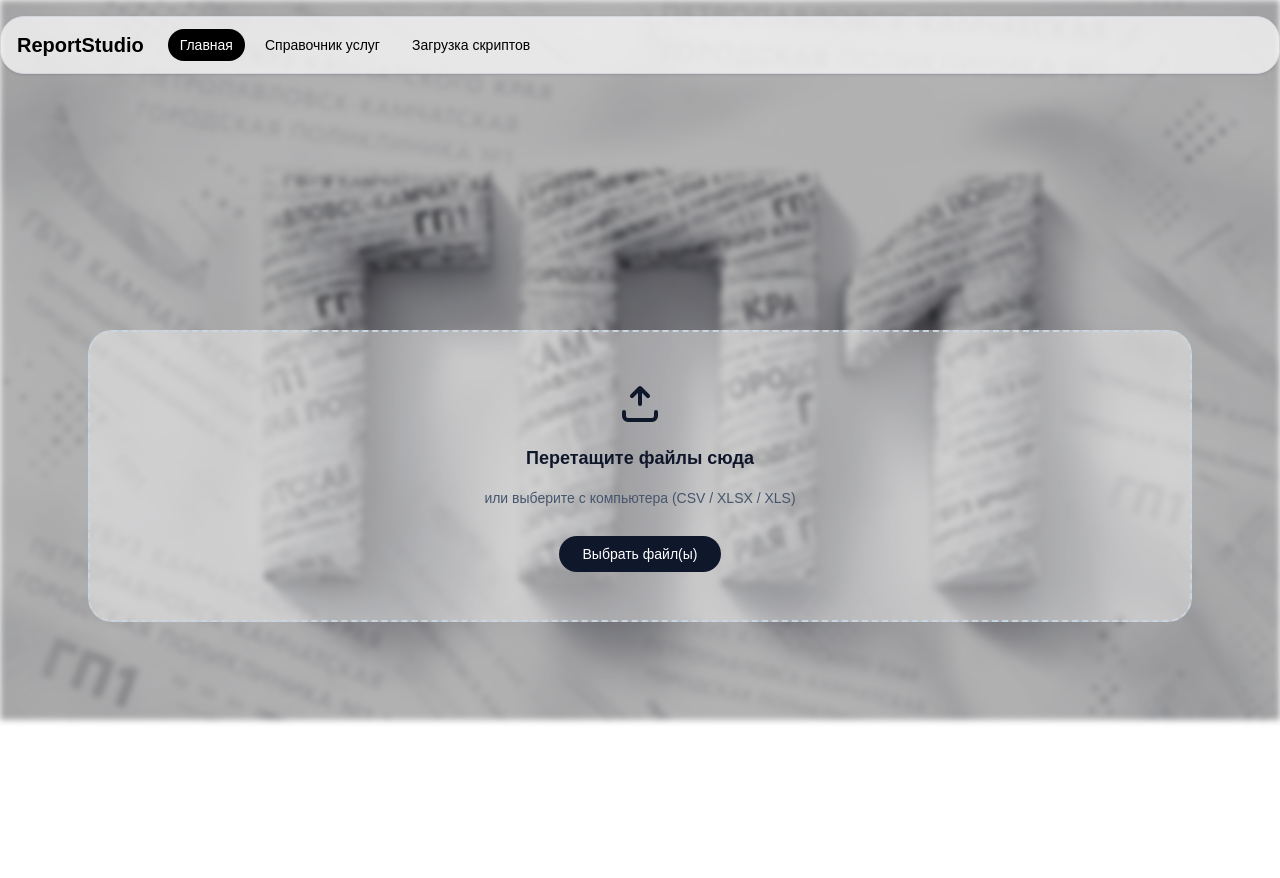
Repository: vladzap2423/report_studio_v2
Page: /
The author's editor kept a copy of each file at every save. The page is drawn from the files as they stood at one save, then again after the next save.
The browser window is 1280 px wide. The pictures show the whole page.
The project was rebuilt for these pictures with package versions that can differ from the ones it lists, and the page was loaded fresh each time. The framework's server and built-in components were replaced by stand-ins that run in the browser. Also part of the build but not shown: next.config.ts, src/app/components/ScriptsList.tsx.

Above is the page before, as saved 2026-03-17 15:46:16.

### src/app/layout.tsx
import type { Metadata } from "next";
import { Geist, Geist_Mono } from "next/font/google";
import "./globals.css";
import Header from "./components/Header";

const geistSans = Geist({
  variable: "--font-geist-sans",
  subsets: ["latin"],
});

const geistMono = Geist_Mono({
  variable: "--font-geist-mono",
  subsets: ["latin"],
});

export const metadata: Metadata = {
  title: "Create Next App",
  description: "Generated by create next app",
};

export default function RootLayout({
  children,
}: Readonly<{
  children: React.ReactNode;
}>) {
  return (
    <html lang="en">
      <body
        className={`${geistSans.variable} ${geistMono.variable} antialiased`}
      >
        <Header

          title="ReportStudio"
          links={[
            { label: "Главная", href: "/" },
            { label: "Справочник услуг", href: "/services" },
            { label:"Загрузка скриптов", href: "/load"}
          ]}
        />
        {children}
      </body>
    </html>
  );
}

### src/app/page.tsx
"use client";
import { useState } from "react";
import DropZone from "./components/DropZone";
import ScriptsList from "./components/ScriptsList";

export default function HomePage() {
  const [files, setFiles] = useState<File[]>([]);
  const [showDrop, setShowDrop] = useState(true);

  const handleFilesPicked = (picked: File[]) => {
    setFiles(picked);
    setShowDrop(false);
  };

  const resetFiles = () => {
    setFiles([]);
    setShowDrop(true);
  };

  return (
    <main className="min-h-screen relative">
      <div className="mx-auto max-w-6xl px-6 py-14">
        {showDrop ? (
          <DropZone onFilesPicked={handleFilesPicked} />
        ) : (
          <>
            <button onClick={resetFiles} className="mb-6 rounded-2xl bg-slate-900 px-5 py-3 text-white">
              Загрузить новый файл
            </button>
            <ScriptsList files={files} />
          </>
        )}
      </div>
    </main>
  );
}

### src/app/globals.css
@import "tailwindcss";

:root {
  --background: #ffffff;
  --foreground: #171717;
  color-scheme: light;
}

@theme inline {
  --color-background: var(--background);
  --color-foreground: var(--foreground);
  --font-sans: var(--font-geist-sans);
  --font-mono: var(--font-geist-mono);
}

body {
  background: var(--background);
  color: var(--foreground);
  font-family: Arial, Helvetica, sans-serif;
  position: relative; /* важно для ::before */
  min-height: 100vh;
}

body::before {
  content: "";
  position: fixed;
  top: 0;
  left: 0;
  width: 100%;
  height: 100%;
  background-image: url("/fon.png");
  background-size: cover;
  background-position: center;
  background-repeat: no-repeat;
  filter: blur(3px) brightness(0.7);
  z-index: -1; /* чтобы контент был поверх фона */
}

### src/app/components/Header.tsx
"use client";

import React from "react";
import Link from "next/link";
import { usePathname } from "next/navigation";

type HeaderProps = {
  title?: string;
  links?: { label: string; href: string }[];
};

const Header: React.FC<HeaderProps> = ({ title = "ReportStudio", links = [] }) => {
  const pathname = usePathname();

  return (
    <header className="w-full flex justify-center mt-4">
      <div className="w-full max-w-7xl px-4 py-3 flex items-center space-x-6 bg-white/70 border border-gray-300 rounded-3xl shadow-sm">

        {/* Название */}
        <div className="text-xl font-semibold text-black">
          {title}
        </div>

        {/* Меню */}
        <nav className="flex space-x-2">
          {links.map((link) => {
            const isActive = pathname === link.href;

            return (
              <Link
                key={link.href}
                href={link.href}
                className={`px-3 py-1.5 rounded-3xl text-sm transition-colors ${
                  isActive
                    ? "bg-black text-white"
                    : "text-black hover:bg-gray-100"
                }`}
              >
                {link.label}
              </Link>
            );
          })}
        </nav>

      </div>
    </header>
  );
};

export default Header;

### src/app/components/DropZone.tsx
"use client";

import { useRef, useState, DragEvent, ChangeEvent, useCallback } from "react";

type DropZoneProps = {
  accept?: string;
  onFilesPicked: (files: File[]) => void;
};

export default function DropZone({ accept = ".csv,.xlsx,.xls", onFilesPicked }: DropZoneProps) {
  const dragDepth = useRef(0);
  const inputRef = useRef<HTMLInputElement | null>(null);

  const [isDragging, setIsDragging] = useState(false);
  const [error, setError] = useState<string | null>(null);
  const [files, setFiles] = useState<File[]>([]);

  const validateFiles = useCallback((picked: File[]) => {
    if (!picked.length) return "Файл не выбран";
    const bad = picked.find(f => ![".csv", ".xlsx", ".xls"].some(ext => f.name.toLowerCase().endsWith(ext)));
    if (bad) return `Файл "${bad.name}" не поддерживается. Разрешены CSV / XLSX / XLS.`;

    const total = picked.reduce((s, f) => s + f.size, 0);
    if (total > 200 * 1024 * 1024) return "Слишком большой объём. Максимум 200MB.";
    return null;
  }, []);

  const handlePicked = useCallback((picked: File[]) => {
    const err = validateFiles(picked);
    if (err) {
      setError(err);
      setFiles([]);
      return;
    }
    setError(null);
    setFiles(picked);
    onFilesPicked(picked);
  }, [onFilesPicked, validateFiles]);

  const onPickClick = () => inputRef.current?.click();

  const onDrop = (e: DragEvent<HTMLDivElement>) => {
    e.preventDefault();
    dragDepth.current = 0;
    setIsDragging(false);
    const picked = Array.from(e.dataTransfer.files || []);
    if (!picked.length) return;
    handlePicked(picked);
  };

  return (
    <div className="flex flex-col gap-6 py-50">
      <div
        onDragEnter={e => { e.preventDefault(); dragDepth.current += 1; setIsDragging(true); }}
        onDragOver={e => e.preventDefault()}
        onDragLeave={e => { e.preventDefault(); dragDepth.current -= 1; if (dragDepth.current <= 0) setIsDragging(false); }}
        onDrop={onDrop}
        className={`
    relative flex flex-col items-center justify-center gap-4 rounded-3xl border-2 border-dashed p-12 transition-all duration-300
    ${isDragging ? "border-emerald-400 bg-white/20 shadow-lg" : "border-slate-300 bg-white/40 hover:border-slate-400 hover:shadow-md"}
  `}
      >
        <svg className="w-12 h-12 text-slate-900" fill="none" stroke="currentColor" viewBox="0 0 24 24">
          <path strokeWidth={2} strokeLinecap="round" strokeLinejoin="round" d="M4 16v2a2 2 0 002 2h12a2 2 0 002-2v-2M12 12v-8m0 0L8 8m4-4l4 4" />
        </svg>
        <p className="text-lg font-semibold text-slate-900">Перетащите файлы сюда</p>
        <p className="text-sm text-slate-600">или выберите с компьютера (CSV / XLSX / XLS)</p>

        <button
          type="button"
          onClick={onPickClick}
          className="mt-3 rounded-full bg-slate-900 px-6 py-2 text-white text-sm font-medium hover:bg-slate-800 active:bg-slate-900"
        >
          Выбрать файл(ы)
        </button>

        <input
          ref={inputRef}
          type="file"
          accept={accept}
          multiple
          className="hidden"
          onChange={(e: ChangeEvent<HTMLInputElement>) => {
            const picked = Array.from(e.target.files || []);
            if (!picked.length) return;
            handlePicked(picked);
          }}
        />
      </div>

      {error && (
        <div className="rounded-lg border border-rose-200 bg-rose-50 px-4 py-3 text-sm text-rose-700">
          {error}
        </div>
      )}

      {files.length > 0 && (
        <div className="flex flex-col gap-2 mt-4">
          {files.map((f, idx) => (
            <div
              key={idx}
              className="flex items-center justify-between rounded-xl border border-slate-200 bg-slate-50 px-4 py-2 text-sm text-slate-700"
            >
              <span className="font-medium">{f.name}</span>
              <span className="text-xs text-slate-500">{(f.size / 1024 / 1024).toFixed(2)} MB</span>
            </div>
          ))}
        </div>
      )}
    </div>
  );
}

After the next save:
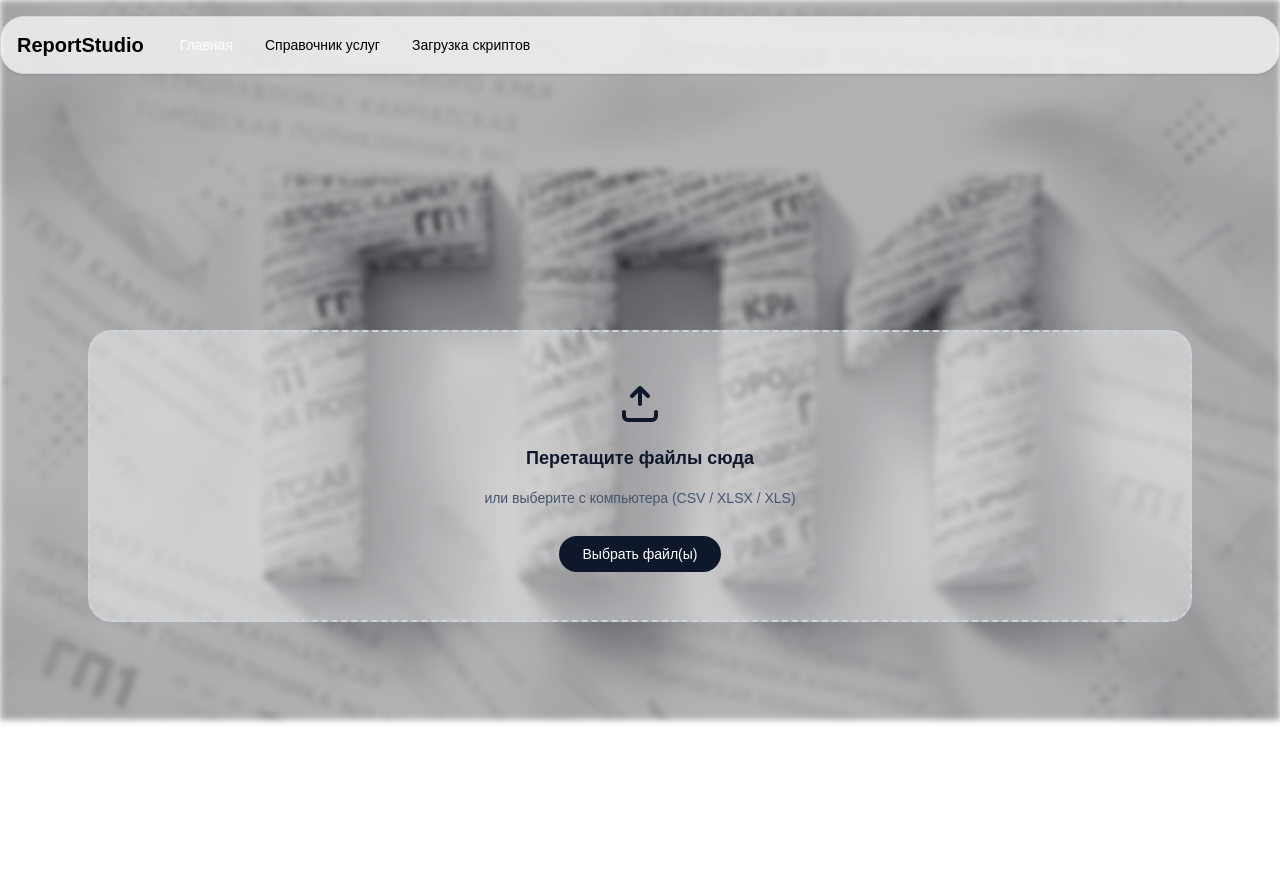
Saved 13 s later.
--- a/src/app/components/Header.tsx
+++ b/src/app/components/Header.tsx
@@ -32,7 +32,7 @@ const Header: React.FC<HeaderProps> = ({ title = "ReportStudio", links = [] }) =
                 href={link.href}
                 className={`px-3 py-1.5 rounded-3xl text-sm transition-colors ${
                   isActive
-                    ? "bg-black text-white"
+                    ? "bg-scale-900 text-white"
                     : "text-black hover:bg-gray-100"
                 }`}
               >
